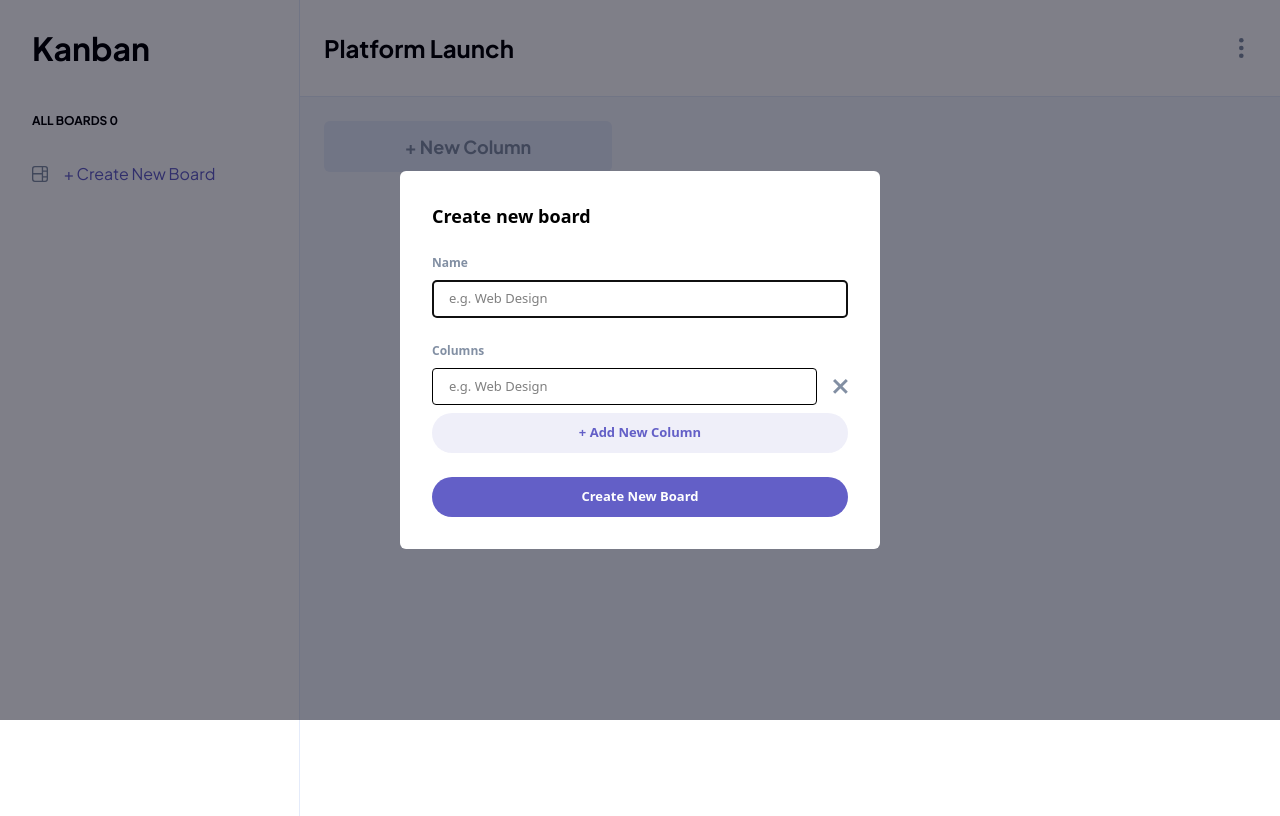
Repository: Baraajad231/Kanban-Board
Page: /, after clicking the first element matching `button.w-full`
These files come from the project's save history. The page is drawn as it stood at one moment and after the next save; the edit follows.
The browser window is 1280 px wide. The pictures show the whole page.
The project was rebuilt for these pictures with package versions that can differ from the ones it lists, and the page was loaded fresh each time. Also part of the build but not shown: vite.config.js, src/components/Card.jsx, src/components/Column.jsx.

Above is the page before, as saved 2026-03-25 19:10:37.

After the next save:
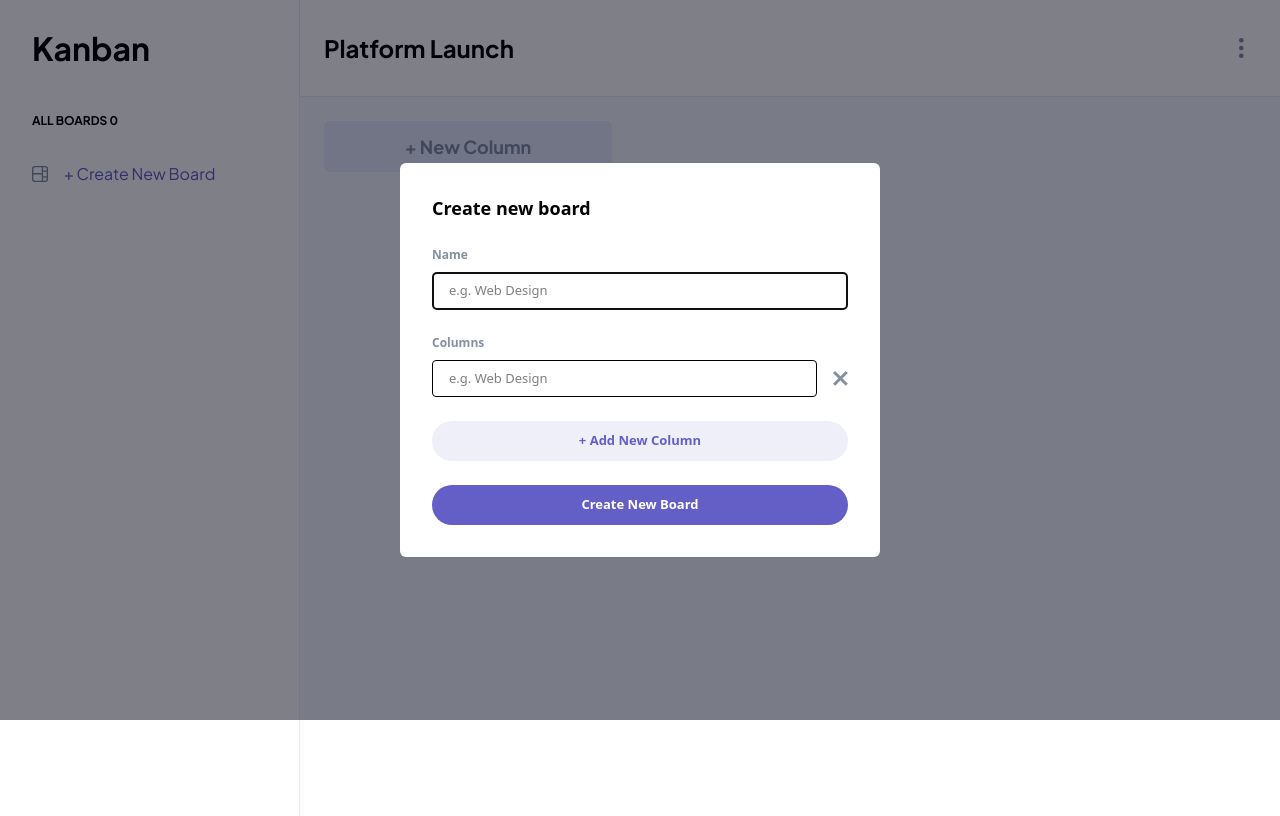
Saved 38 s later.
--- a/src/components/AddNewBoardForm.jsx
+++ b/src/components/AddNewBoardForm.jsx
@@ -29,7 +29,7 @@
 
         <div className="flex flex-col">
           {columnsArray.map((column) => (
-            <div className="flex items-center gap-4" key={column.id}>
+            <div className="mb-4 flex items-center gap-4" key={column.id}>
               <TextField
                 placeholder="e.g. Web Design"
                 name="boardName"

After the save that followed:
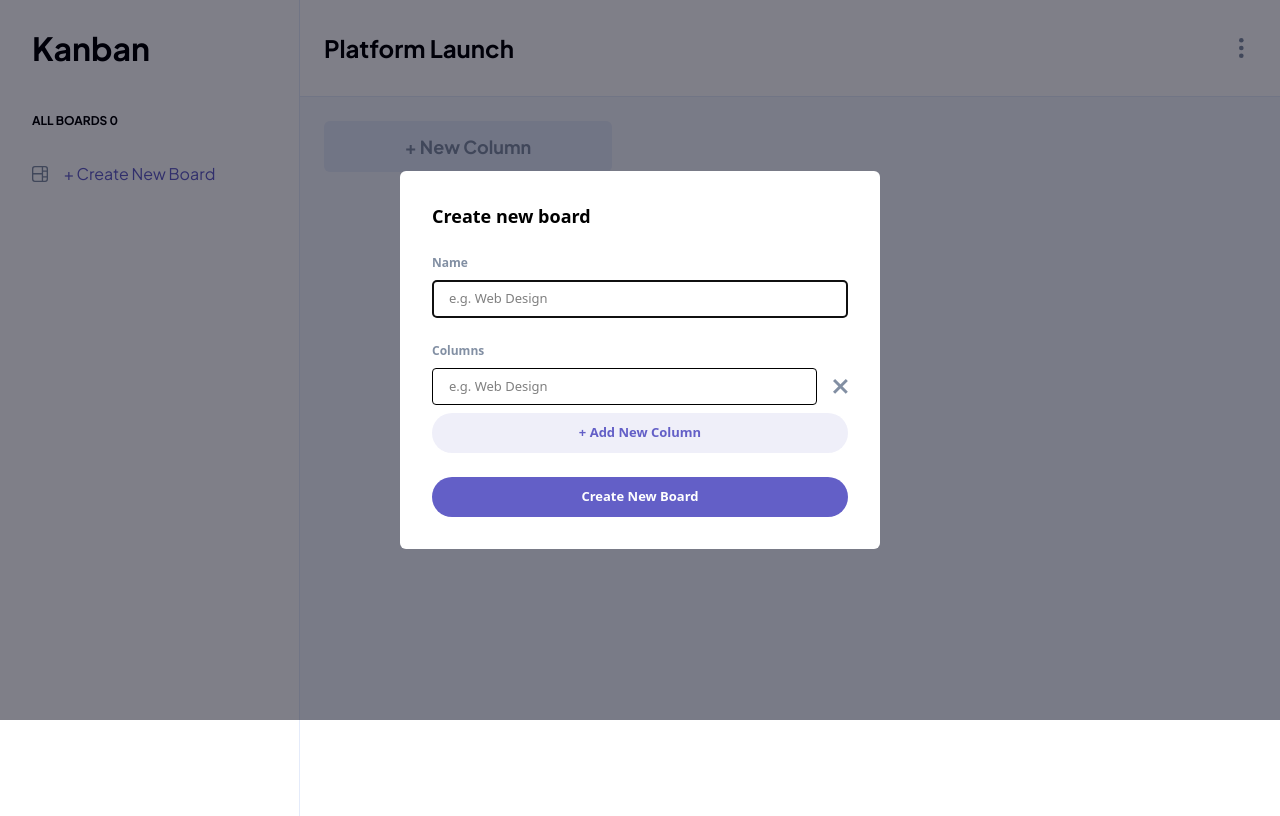
Saved 22 s later.
--- a/src/components/AddNewBoardForm.jsx
+++ b/src/components/AddNewBoardForm.jsx
@@ -29,7 +29,7 @@
 
         <div className="flex flex-col">
           {columnsArray.map((column) => (
-            <div className="mb-4 flex items-center gap-4" key={column.id}>
+            <div className="flex items-center gap-4" key={column.id}>
               <TextField
                 placeholder="e.g. Web Design"
                 name="boardName"
